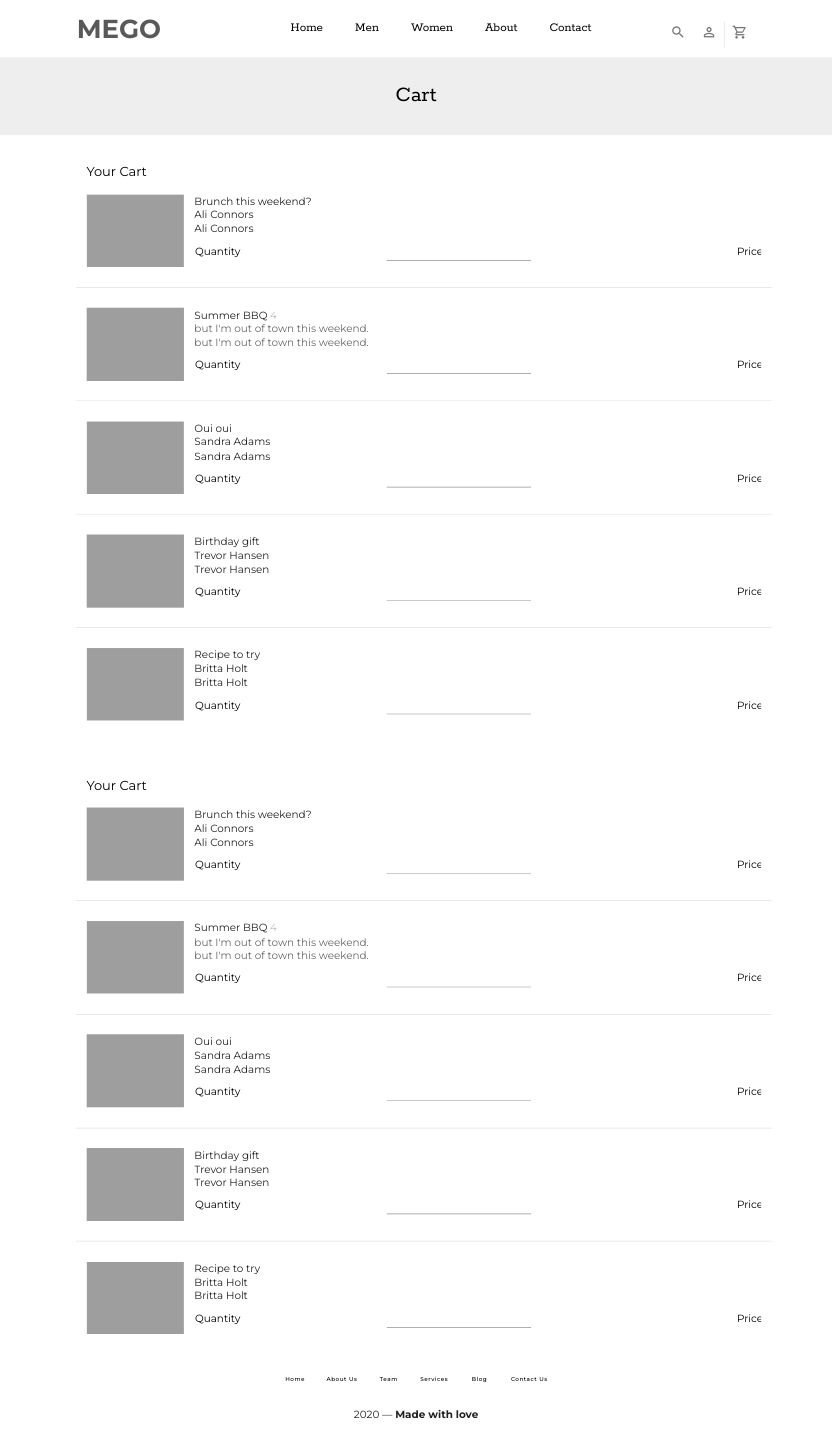
Repository: nguyenphuong152/mego-frontend
Page: /cart (app in frontend/)
The author's editor kept a copy of each file at every save. The page is drawn from the files as they stood at one save, then again after the next save.
The browser window is 1280 px wide. The pictures show the whole page, at 65% of full size.
Pictures or frames that could not be fetched are drawn as grey boxes. The project was rebuilt for these pictures with package versions that can differ from the ones it lists, and the page was loaded fresh each time. Also part of the build but not shown: frontend/vue.config.js, frontend/src/components/Customer/Collection.vue, frontend/src/components/Customer/Banner.vue, frontend/src/components/Customer/BestSeller.vue, frontend/src/components/Customer/Partner.vue, frontend/src/views/Customer/Home.vue, frontend/src/components/Customer/ProductCategory.vue, frontend/src/components/Customer/ProductView.vue and 10 more. Imported but missing from the stored project, and not drawn on this page: frontend/src/views/Admin/Category.vue, frontend/src/views/Admin/ManageProduct.vue, frontend/src/views/Admin/ManageUser.vue, frontend/src/views/Admin/OrderList.vue.

Above is the page before, as saved 2020-11-26 16:51:30.

After the next save:
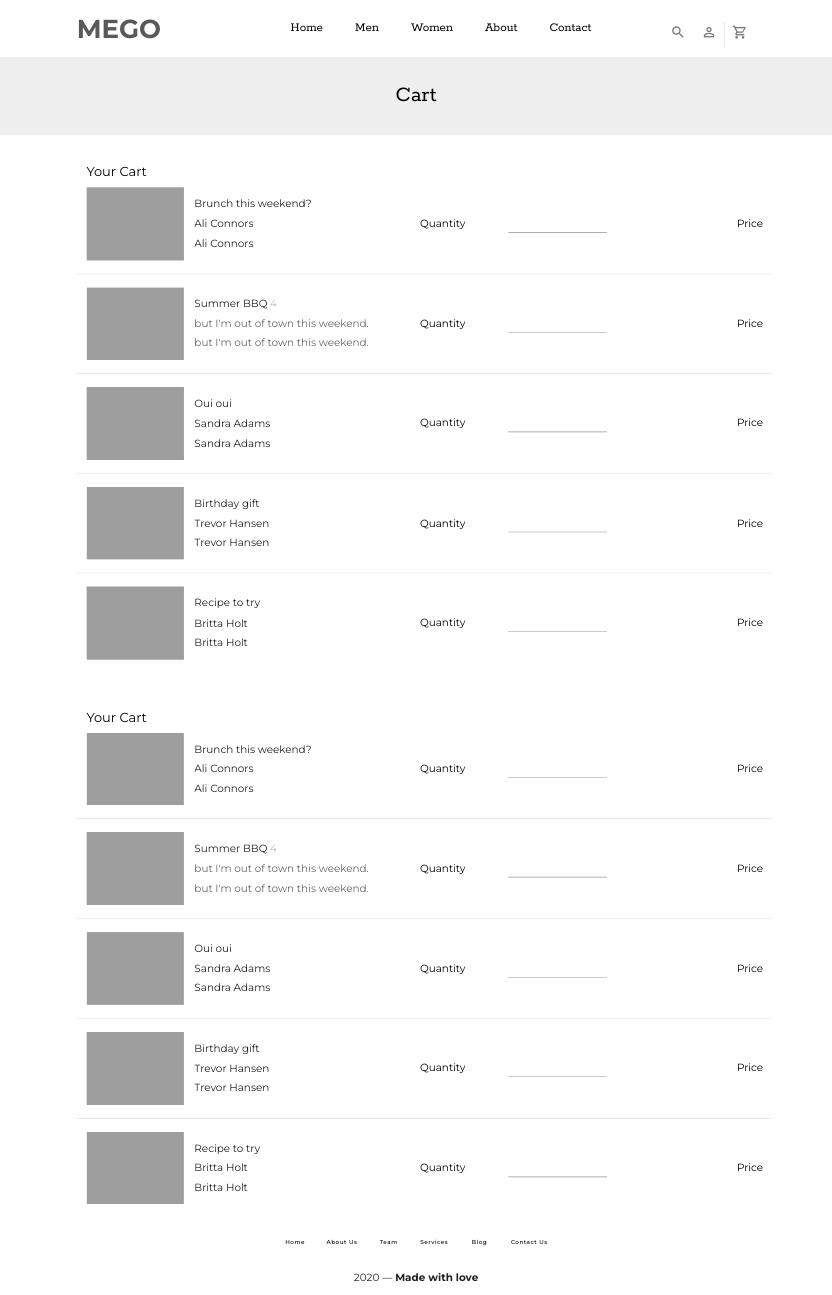
Saved 46 s later.
--- a/frontend/src/components/Customer/TotalProducts.vue
+++ b/frontend/src/components/Customer/TotalProducts.vue
@@ -26,7 +26,8 @@
               class="admin"
               v-html="item.subtitle"
             ></v-list-item-subtitle>
-            <v-row class="pl-4 d-flex align-center">
+          </v-list-item-content>
+           <v-row class="pl-4 d-flex align-center">
               <v-col class="pa-0 admin " cols="4">
                 <a>Quantity</a>
               </v-col>
@@ -37,7 +38,6 @@
                 <a> Price</a>
               </v-col>
             </v-row>
-          </v-list-item-content>
         </v-list-item>
       </template>
     </v-list>

After the save that followed:
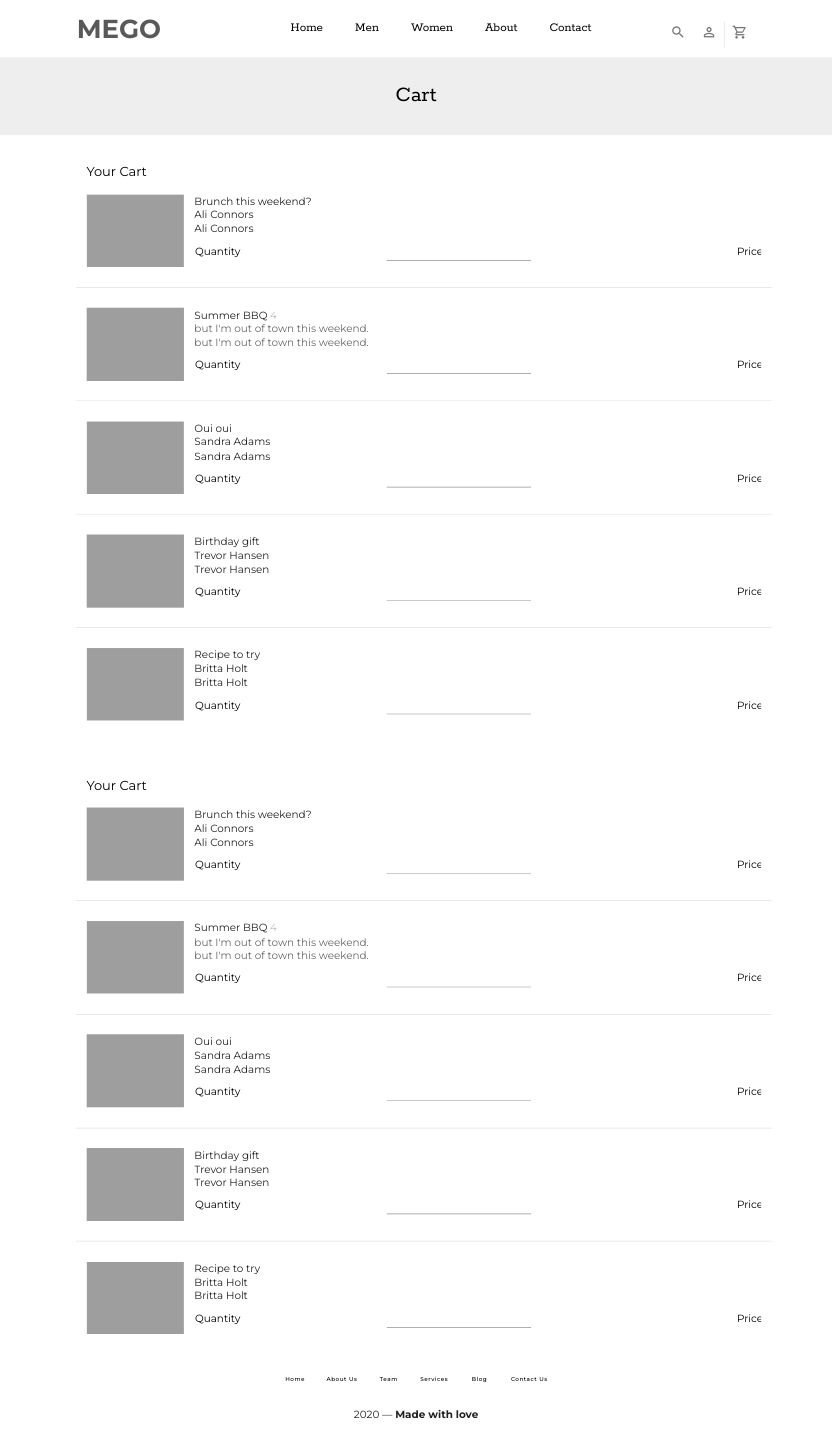
Saved 40 s later.
--- a/frontend/src/components/Customer/TotalProducts.vue
+++ b/frontend/src/components/Customer/TotalProducts.vue
@@ -26,8 +26,7 @@
               class="admin"
               v-html="item.subtitle"
             ></v-list-item-subtitle>
-          </v-list-item-content>
-           <v-row class="pl-4 d-flex align-center">
+             <v-row class="pl-4 d-flex align-center">
               <v-col class="pa-0 admin " cols="4">
                 <a>Quantity</a>
               </v-col>
@@ -38,6 +37,8 @@
                 <a> Price</a>
               </v-col>
             </v-row>
+          </v-list-item-content>
+
         </v-list-item>
       </template>
     </v-list>
